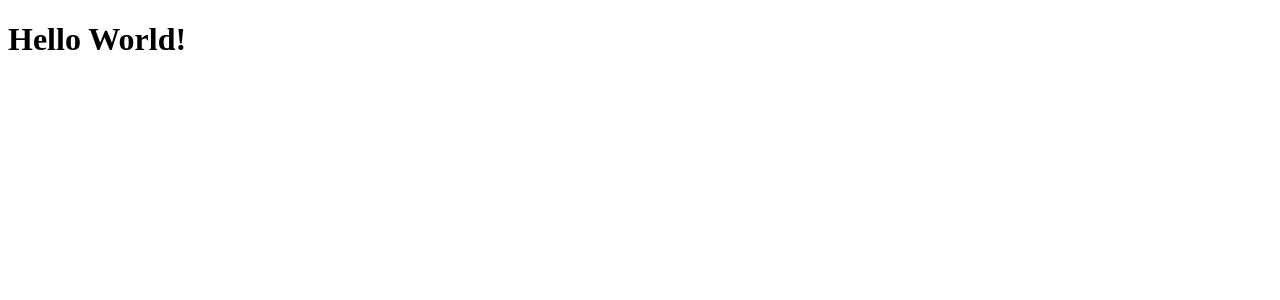
Repository: Ashokkeshri/BarcodeScannerV1.1
Page: HelloWorld/assets/www/index.html
These files come from the project's save history. The page is drawn as it stood at one moment and after the next save; the edit follows.
The browser window is 1280 px wide. The pictures show the whole page.

Above is the page before, as saved 2013-08-02 08:02:26.

After the next save:
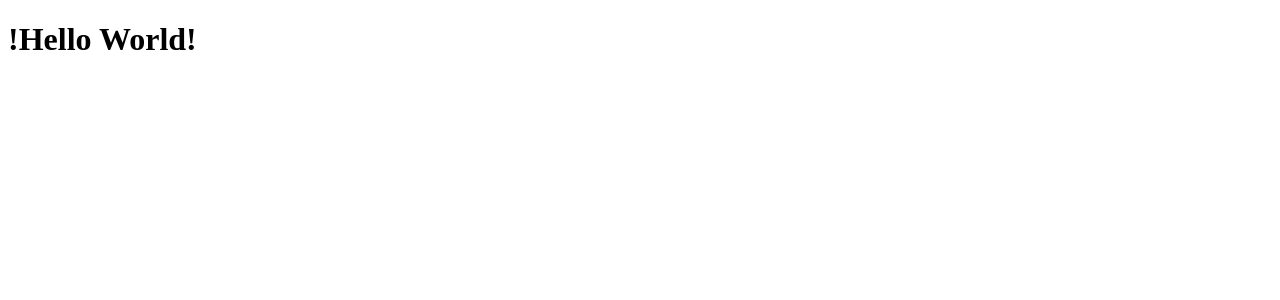
Saved 105 s later.
--- a/HelloWorld/assets/www/index.html
+++ b/HelloWorld/assets/www/index.html
@@ -6,6 +6,6 @@
         <script type="text/javascript" charset="utf-8" src="cordova-2.2.0.js"></script>
     </head>
     <body>
-        <h1>Hello World!</h1>
+        <h1>!Hello World!</h1>
     </body>
 </html>
